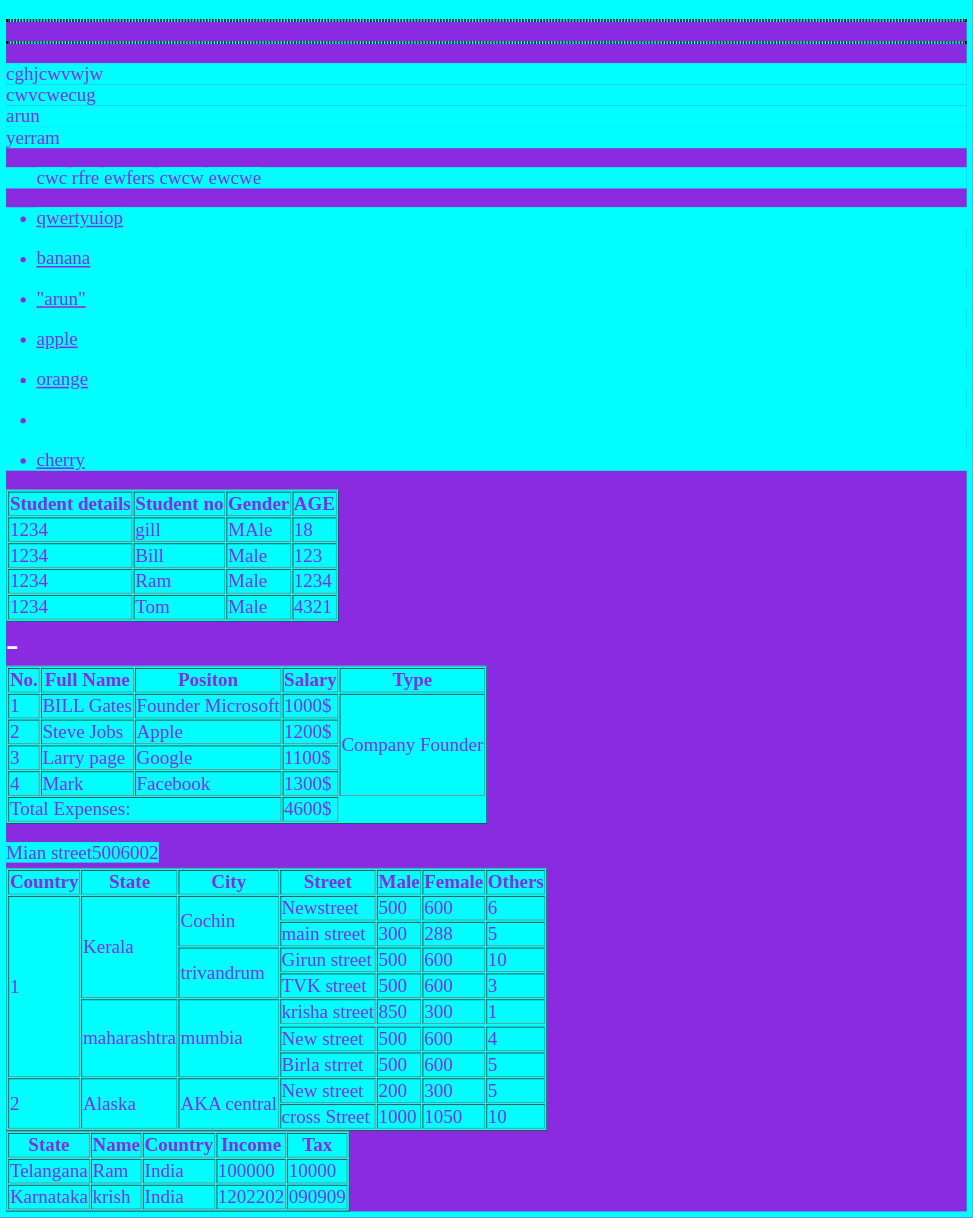
Repository: ARUN-YERRAM/HTMLLEARNING
Page: index.html
These files come from the project's save history. The page is drawn as it stood at one moment and after a run of saves; the edit follows.
The browser window is 1280 px wide. The pictures show the whole page, at 76% of full size.

Above is the page before, as saved 2023-12-25 16:09:43.

### index.html
<!DOCTYPE html>
<html lang="en">
<head>
    <meta charset="UTF-8">
    <meta http-equiv="X-UA-Compatible" content="IE=edge">
    <meta name="viewport" content="width=device-width, initial-scale=1.0">
    <link rel="stylesheet" href="style.css">
    <title>Document</title>
</head>
<body>

    <!-- <a href="http://127.0.0.1:3000/index.html">Click here</a> -->

    <p><a href=""></a></p>
    <article></article>
    <section>  </section>

    <p id="para1"></p>
    <article id="article1">cghjcwvwjw</article>
    <section id="section1">cwvcwecug</section>
    <section class="dog">arun</section>
    <article class="para1">yerram</article>










    <ul>
        <il>cwc</il>
        <il>rfre</il>
        <il>ewfers</il>
        <il>cwcw</il>
        <il>ewcwe</il>
    </ul>


    <nav>
        <ul>
            <li><a href="dfgs">qwertyuiop</a></li>
        </ul>
        <ul>
            <li><a href="ajdg">banana</a></li>
        </ul>
        <ul>
            <li><a href="vdsb">"arun" </a></li>
        </ul>
        <ul>
            <li><a href="ajrg">apple</a></li>
        </ul>
        <ul>
            <li><a href="ndjr">orange</a></li>
        </ul>
        <ul>
            <li><a href="a4hd"pine></a></li>
        </ul>
        <ul>
            <li><a href="46eh">cherry</a></li>
        </ul>
    </nav>


<table  border="1">

    <thead>
        <th>Student details</th>
        <th>Student no</th>
        <th>Gender</th>
        <th>AGE</th>
    </thead>

    <tbody>
        <tr>
            <td>1234</td>
            <td>gill</td>
            <td>MAle</td>
            <td>18</td>
        </tr>
    </tbody>

    <tbody>
        <tr>
            <td>1234</td>
            <td>Bill</td>
            <td>Male</td>
            <td>123</td>
        </tr>
    </tbody>

    <tbody>
        <tr>
            <td>1234</td>
            <td>Ram</td>
            <td>Male</td>
            <td>1234</td>
        </tr>
    </tbody>

    <tbody>
        <tr>
            <td>1234</td>
            <td>Tom</td>
            <td>Male</td>
            <td>4321</td>
        </tr>
    </tbody>

</table> -



    <table border="1">
        <head>
            <th>No.</th>
            <th>Full Name</th>
            <th>Positon</th>
            <th>Salary</th>
            <th>Type</th>
        </head>

        <tbody>
            <tr>
                <td>1</td>
                <td>BILL Gates</td>
                <td>Founder Microsoft</td>
                <td>1000$</td>
                <td rowspan="4">Company Founder</td>
            </tr>

            <tr>
                <td>2</td>
                <td>Steve Jobs</td>
                <td>Apple</td>
                <td>1200$</td>
            </tr>
            <tr>
                <td>3</td>
                <td>Larry page</td>
                <td>Google</td>
                <td>1100$</td>
            </tr>
            <tr>
                <td>4</td>
                <td>Mark</td>
                <td>Facebook</td>
                <td>1300$</td>

            </tr>
        </tbody>

        <tfoot>
            <tr>
                <td colspan="3">Total Expenses:</td>
                <td>4600$</td>
            </tr>
        </tfoot>
    </table>


    <table border="1">
        <thead>
            <th>Country</th>
            <th>State</th>
            <th>City</th>
            <th>Street</th>
            <th>Male</th>
            <th>Female</th>
            <th>Others</th>
        </thead>

        <tbody>
            <tr>
                <td rowspan="8">1</td>
                <td rowspan="4">Kerala</td>
                <td rowspan="2">Cochin</td>
                <td>Newstreet</td>
                <td>500</td>
                <td>600</td>
                <td>6</td>
            </tr>

            <tr>
                <td>main street</td>
                <td>300</td>
                <td>288</td>
                <td>5</td>
            </tr>

            <tr>
                <td rowspan="2">trivandrum</td>
                <td>Girun street</td>
                <td>500</td>
                <td>600</td>
                <td>10</td>
            </tr>
            <tr>
                <td>TVK street</td>
                <td>500</td>
                <td>600</td>
                <td>3</td>
            </tr>

            <tr>
                <td rowspan="4">maharashtra</td>
                <td rowspan="4">mumbia</td>
                <td>krisha street</td>
                <td>850</td>
                <td>300</td>
                <td>1</td>
            </tr>

            <tr>
                <t>Mian street</t>
                <t>500</t>
                <t>600</t>
                <t>2</t>
            </tr>

            <tr>
                <!-- <t rowspan="2">Surat</td> -->
                <td>New street</td>
                <td>500</td>
                <td>600</td>
                <td>4</td>
            </tr>

            <tr>
                <td>Birla strret</td>
                <td>500</td>
                <td>600</td>
                <td>5</td>
            </tr>

            <tr>
            <td rowspan="2">2</td>
            <td rowspan="2">Alaska</td>
            <td rowspan="2">AKA central</td>
            <td>New street</td>
            <td>200</td>
            <td>300</td>
            <td>5</td>
            </tr>

            <tr>
                <td>cross Street</td>
                <td>1000</td>
                <td>1050</td>
                <td>10</td>
            </tr>
        </tbody>

    </table>



    <table border="1">
        <thead>
            <th>State</th>
            <th>Name</th>
            <th>Country</th>
            <th>Income</th>
            <th>Tax</th>
        </thead>

        <tbody>
            <tr>
                <td>Telangana</td>
                <td>Ram</td>
                <td>India</td>
                <td>100000</td>
                <td>10000</td>
            </tr>

            <tr>
                <td>Karnataka</td>
                <td>krish</td>
                <td>India</td>
                <td>1202202</td>
                <td>090909</td>
            </tr>
        </tbody>
    </table>

### style.css
/*  EXTERNAL CSS */

body{
    color:#f0f8ff;
    background-color: #8a2be2;
    font-size:50px;
}


/*  Universal Selector  */

/* MARGIN: 0;*/
/* PADDING : 0 */

*{
    color:#8a2be2;
    background-color: aqua;
    font-size: 25px;
}


/* CLASS SELECTOR */

.one{
    color:blue;
    font-size:35px;
    background-color: #8a2be2;
}


/*  ID SELECTOR */

#two{
    background-color: blue;
    color:red;
}


/* PARAGRAPH SELECTOR */

p{
    color:burlywood;
}


/*  GROUP SELECTOR */
#one, ol{
    background-color: blue;
    color:red;
    font-size:25px;
}


.border{
    border: 8px solid black;
    font-size:25px;
    margin:100px;
    padding:100px;
}

h1{
    text-align:center;
    font-size:10px;
    color:#8a2be2;
    text-decoration: underline;
    font-family: 'Courier New', Courier, monospace;
}

p{
    font-size:25px;
    text-align:center;
    font-weight:bold;
    border: 2px dotted black;
}

p:hover{
    border: 7px solid red;
    background-color: yellow;
    color:red;
    font-size:16px;
    text-align:end;
}

.box1{
    background-color: red;
}

.box2{
    background-color: yellow;
}

/* div{
    display:inline-block;
    width:750x;
    padding:10px;
    margin:10px;
    font-size:30px;
} */

span{
    display:block;
}
.item{
    width:100px;
    height:100px;
}
.one{
    background-color: orange;
    border: 2px solid black;
}
.two{
    background-color: white;
    border: 2px solid black;
}
.three{
    background-color: green;
    border: 2px solid black;
}

.container{
    display:flex;
    height:100px;
    justify-content:center;
    flex-direction:row;
    align-items:center;
    border: 2px solid rgb(0, 0, 0);
    height : 500px;
    gap: 50px;
}

After the next 2 saves:
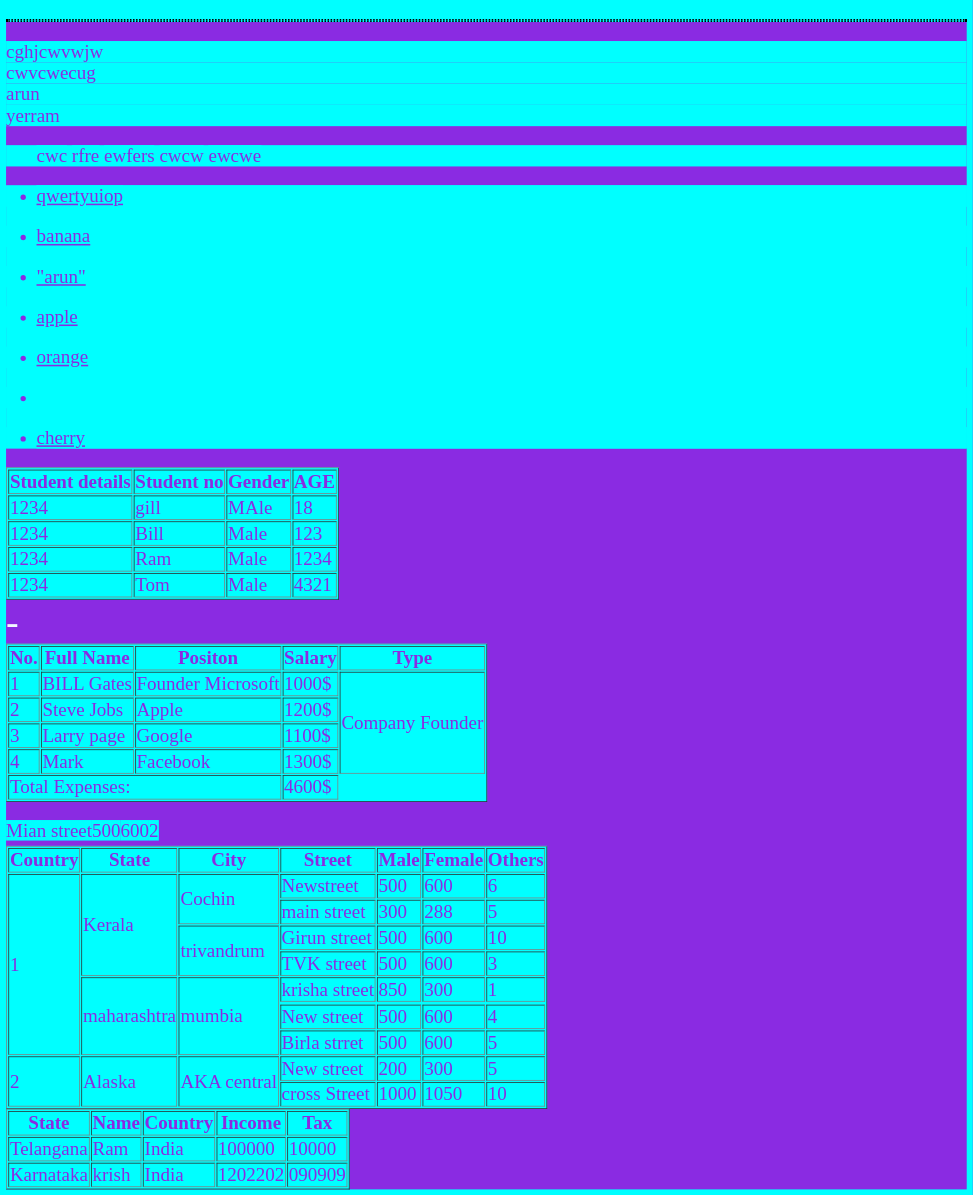
The 2 saves are shown as one change because they came seconds apart.
The last was saved 17 s later.
--- a/index.html
+++ b/index.html
@@ -11,9 +11,9 @@
 
     <!-- <a href="http://127.0.0.1:3000/index.html">Click here</a> -->
 
-    <p><a href=""></a></p>
-    <article></article>
-    <section>  </section>
+    <!-- <p><a href=""></a></p> -->
+    <!-- <article></article>
+    <section>  </section> -->
 
     <p id="para1"></p>
     <article id="article1">cghjcwvwjw</article>
